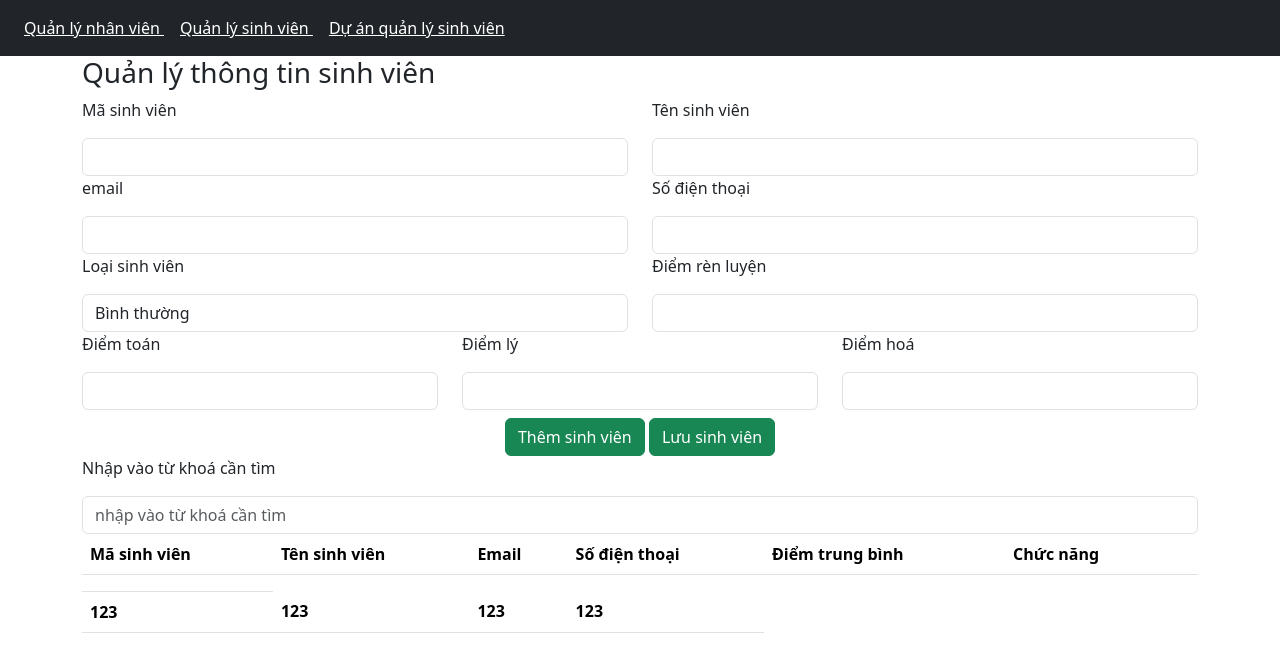
Repository: KhoiNguyen77/JS-Buoi-9--10
Page: duan_qlsv.html
These files come from the project's save history. The page is drawn as it stood at one moment and after the next save; the edit follows.
The browser window is 1280 px wide. The pictures show the whole page.

Above is the page before, as saved 2023-03-28 10:05:47.

After the next save:
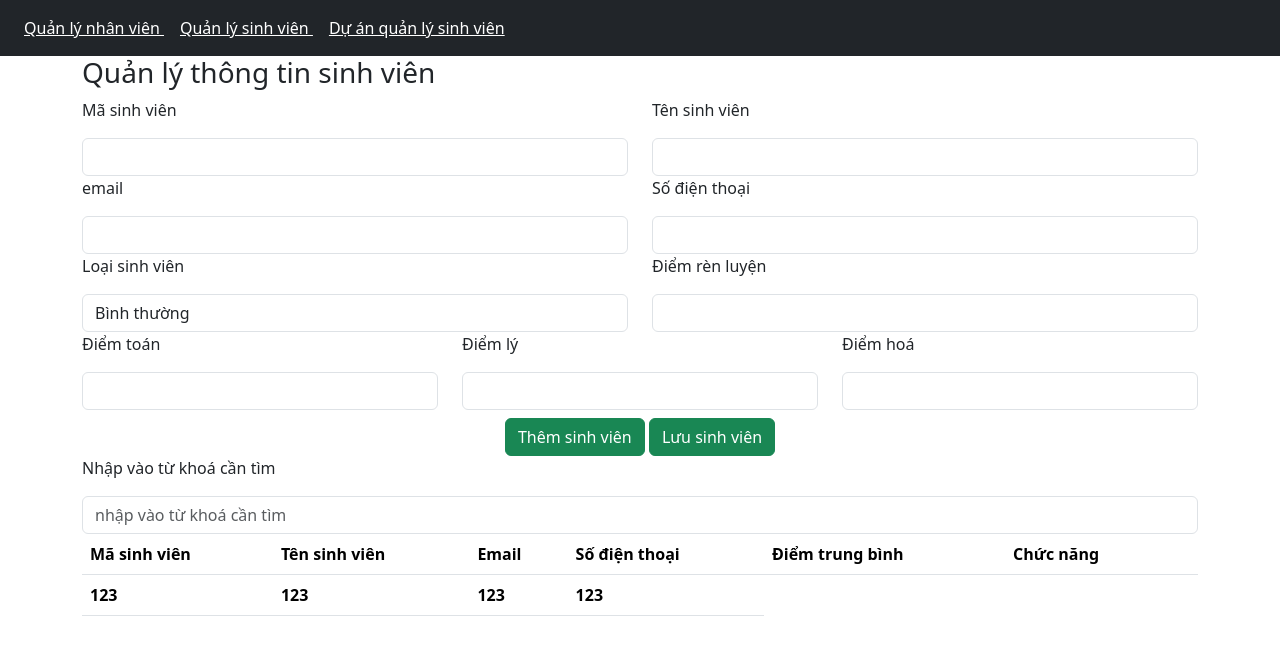
Saved 19 s later.
--- a/duan_qlsv.html
+++ b/duan_qlsv.html
@@ -88,14 +88,11 @@
                 </tr>
             </thead>
             <tbody id="tblSinhVien">
-            <td>
                 <tr>
                     <th>123</th>
                     <th>123</th>
                     <th>123</th>
                     <th>123</th>
-                </tr>
-            </td>
             </tbody>
         </table>
     </div>
